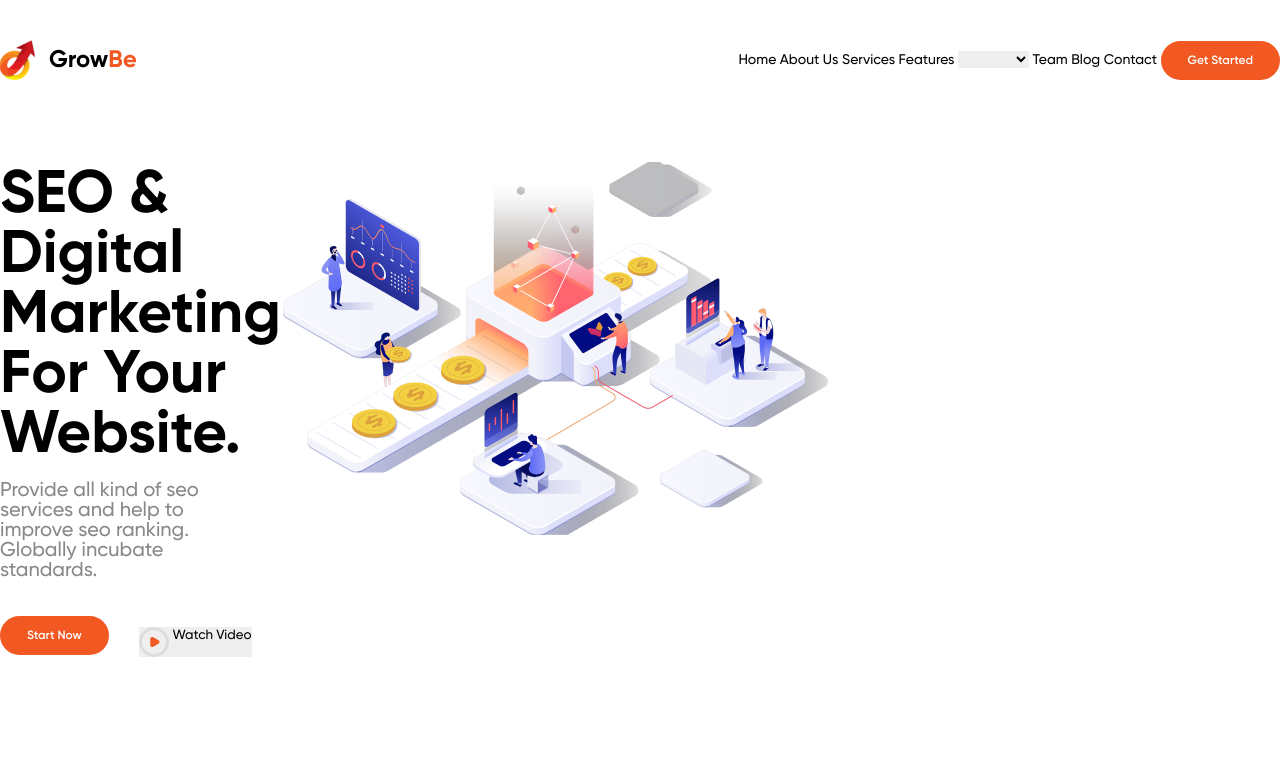
Repository: Alekseiy1980/GrowBe
Page: index.html
An editor plug-in stored every save of this project. The page is shown before and after the next save, followed by the edit.
The browser window is 1280 px wide. The pictures show the whole page.

Above is the page before, as saved 2024-01-20 13:49:09.

### index.html
<!DOCTYPE html>
<html lang="en">
<head>
    <meta charset="UTF-8">
    <meta name="viewport" content="width=device-width, initial-scale=1.0">

    <link rel="stylesheet" href="css/reset.css">
    <link rel="stylesheet" href="css/style.css">
    <title>GrowBe</title>
</head>
<body>
    <header>
        <div class="menu_bar">
            <div class="logo">
                <a class="logo-link" href="#">
                    <img src="/img/Logo.svg"  />
                </a>
            </div>
            <nav>
                <a class="menu menu_activ" href="@">Home</a>
                <a class="menu" href="@"> About Us</a>
                <a class="menu" href="@">Services</a>
                <label class="menu menu_label" for="pet-select">Features</label>
                    <select name="pets" id="pet-select">
                    <option value=""></option>
                    <option value="dog">Dog</option>
                    <option value="cat">Cat</option>
                    <option value="hamster">Hamster</option>
                    <option value="parrot">Parrot</option>
                    <option value="spider">Spider</option>
                    <option value="goldfish">Goldfish</option>
                    </select>

                <a class="menu" href="@">Team</a>
                <a class="menu" href="@">Blog</a>
                <a class="menu" href="@">Contact</a>
                <button class="btn_menu" type="button">Get Started</button>
            </nav>
        </div>


        <div class="home_meta">
            <div class="nome_content">
                <div class="home_title">
                    <h1>SEO & Digital <span>Marketing</span>  For Your Website.</>
                </div>
            <div class="sub_title">
                <p>Provide all kind of seo services and help to improve seo ranking. Globally incubate standards.</p>
            </div>
            <div class="btn_meta">
                <button class="btn_menu" type="button">Start Now</button>
                <button class="btn_video" type="button">
                        <img
                            src="img/play.svg"
                            alt="play"
                            />
                    Watch Video</button>
            </div>
            </div>
            <div class="home_img">
                <img src="img/home_Image.png" alt="">
            </div>
        </div>
    </header>
</body>
</html>

### css/reset.css

* {
    padding: 0;
    margin: 0;
    border: 0;
}

*,
*::before,
*::after {
    -moz-box-sizing: border-box;
    -webkit-box-sizing: border-box;
    box-sizing: border-box;
}

:focus,
:active {
    outline: none;
}

a:focus,
a:active {
    outline: none;
}

nav,
footer,
header,
aside {
    display: block;
}

html,
body {
    height: 100%;
    width: 100%;
    font-size: 100%;
    line-height: 1;
    font-size: 14px;
    -ms-text-size-adjust: 100%;
    -moz-text-size-adjust: 100%;
    -webkit-text-size-adjust: 100%;
}

input,
button,
textarea {
    font-family: inherit;
}

input::-ms-clear {
    display: none;
}

button {
    cursor: pointer;
}

button::-moz-focus-inner {
    padding: 0;
    border: 0;
}

a,
a:visited {
    text-decoration: none;
}

a:hover {
    text-decoration: none;
}

ul li {
    list-style: none;
}

img {
    vertical-align: top;
}

h1,
h2,
h3,
h4,
h5,
h6 {
    font-size: inherit;
    font-weight: 400;
}

### css/style.css
@font-face {
	font-family: 'Gilroy-Bold';
	src: url(/fonts/Gilroy-Bold.ttf);
}


@font-face {
	font-family: 'Gilroy-Medium';
	src: url(/fonts/Gilroy-Medium.ttf);
}
@font-face{
    font-family: 'Gilroy_Regular';
    src: url(/fonts/Gilroy-Regular.ttf);
}

@font-face{
    font-family: 'Gilroy-SemiBold';
    src: url(/fonts/Gilroy-SemiBold.ttf);
}
body{
    font-family: Gilroy-Medium;
    font-size: 14px;
    font-weight: 400;
    background: #FFF;
}

header {
    max-width: 1920px;
    margin: 0 auto;
}
.menu_bar{
    display: flex;
    justify-content: space-between;
    align-items: center;
    margin-top: 40px;
    height: 40px;
}

.logo{
    width: 137px;
    height: 40px;
}

.menu{
    color: #000;
    padding-top: 11px;
    padding-bottom: 12px;


}

.menu:hover{
    color: #F25822;
    font-family: Gilroy-SemiBold;
}

.btn_menu{
    color: #FFF;
    font-family: Gilroy-SemiBold;
    font-size: 12px;
    border-radius: 30px;
    background: #F25822;
    padding:12px 27px 13px;
}

.btn_menu:hover{
    background: #f84504;
}


.home_meta{
    margin-top: 82px;
    display: flex;
    width: 522px;
}

.home_content{
    justify-content: center;
    white-space: pre-wrap;

}

.home_title{
    color: #000;
    font-family: Gilroy-Bold;
    font-size: 60px;
    margin-bottom: 17px;
    /* padding-right: 40px; */
    /* padding-top: 80px; */


}

.sub_title{
    color: #888;
    font-size: 20px;
    padding-right: 36px;
    margin-bottom: 37px;
}

.home_ing{
    width: 544px;
}
.btn_video{
    margin-left: 27px;
}

After the next save:
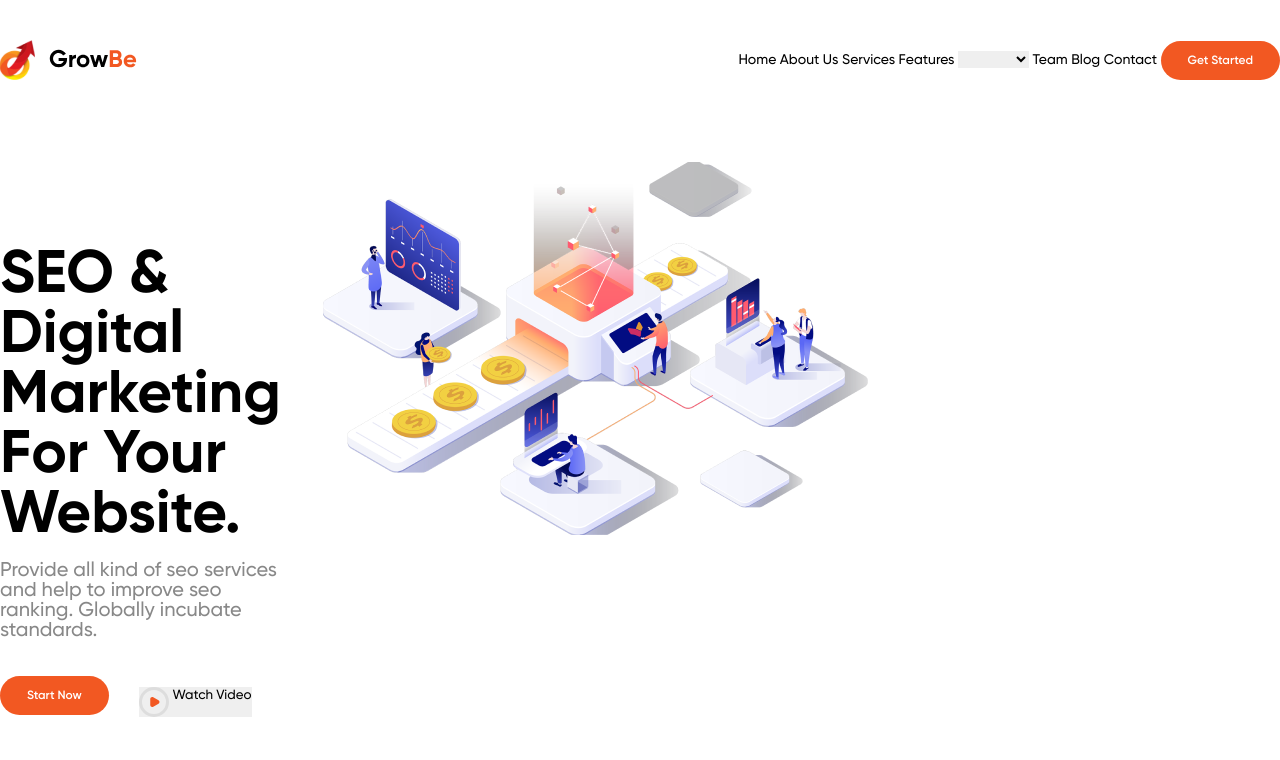
Saved 112 s later.
--- a/css/style.css
+++ b/css/style.css
@@ -85,8 +85,8 @@ header {
     font-family: Gilroy-Bold;
     font-size: 60px;
     margin-bottom: 17px;
-    /* padding-right: 40px; */
-    /* padding-top: 80px; */
+    padding-right: 40px;
+    padding-top: 80px;
 
 
 }
